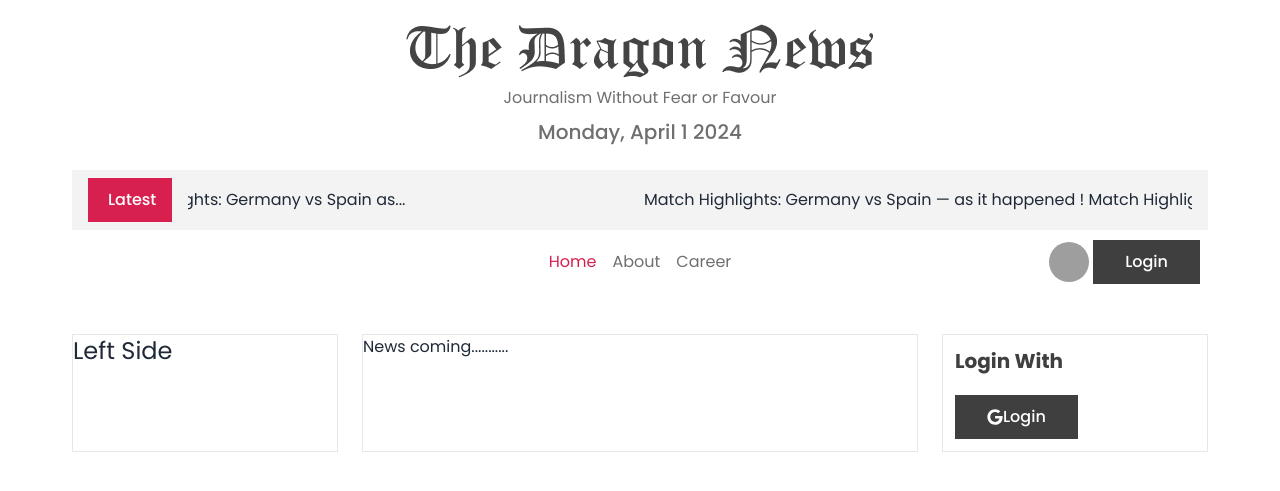
Repository: ShouravAhammed/react-dragon-news-auth
Page: /
These files come from the project's save history. The page is drawn as it stood at one moment and after the next save; the edit follows.
The browser window is 1280 px wide. The pictures show the whole page.
Pictures or frames that could not be fetched are drawn as grey boxes. The project was rebuilt for these pictures with package versions that can differ from the ones it lists, and the page was loaded fresh each time. Also part of the build but not shown: vite.config.js, src/pages/About/About.jsx, src/pages/Career/Career.jsx.

Above is the page before, as saved 2024-04-13 04:29:13.

### src/main.jsx
import React from 'react'
import ReactDOM from 'react-dom/client'
import './index.css'
import { RouterProvider } from 'react-router-dom'
import router from './Routes/Routes.jsx'

ReactDOM.createRoot(document.getElementById('root')).render(
  <React.StrictMode>
    <RouterProvider router={router}/>
  </React.StrictMode>,
)

### src/Routes/Routes.jsx
import Root from "../layout/Root";

import {
    createBrowserRouter,
  } from "react-router-dom";
import Home from "../pages/Home/Home";
import About from "../pages/About/About";
import Career from "../pages/Career/Career";

const router = createBrowserRouter([
    {
        path: '/',
        element: <Root></Root>,
        children: [
            {

                path: '/',
                element: <Home></Home>,
            },
            {

                path: '/about',
                element: <About></About>,
            },
            {

                path: '/career',
                element: <Career></Career>,
            },

        ]
    }
])

export default router;

### src/layout/Root.jsx
import { Outlet } from "react-router-dom";


const Root = () => {
    return (
        <div className="max-w-6xl mx-auto font-poppins px-2">
            <Outlet></Outlet>
        </div>
    );
};

export default Root;

### src/pages/Home/Home.jsx
import BreakingNews from "../BreakingNews/BreakingNews";
import Header from "../Shared/Header/Header";
import LeftSideNav from "../Shared/LeftSideNav/LeftSideNav";
import Navbar from "../Shared/Navbar/Navbar";
import RightSideNav from "../Shared/RIghtSideNav/RightSideNav";


const Home = () => {
    return (
        <div>
            <Header></Header>
            <BreakingNews></BreakingNews>
            <Navbar></Navbar>
            <div className="grid grid-cols-1 md:grid-cols-4 gap-6 my-10">
                <div className="col-span-1 border">
                    <LeftSideNav></LeftSideNav>
                </div>
                <div className="col-span-2 border">News coming...........</div>
                <div className="col-span-1 border">
                    <RightSideNav></RightSideNav>
                </div>
            </div>
        </div>
    );
};

export default Home;

### src/pages/BreakingNews/BreakingNews.jsx
import Marquee from "react-fast-marquee";
import { Link } from "react-router-dom";

const BreakingNews = () => {
  return (
    <div className="flex items-center gap-4 px-4 py-2 bg-[#F3F3F3]">
      <Link
        to={"/"}
        className="px-5 py-2.5 relative group overflow-hidden font-medium bg-[#D72050] text-white inline-block"
      >
        <span className="absolute top-0 left-0 flex w-full h-0 mb-0 transition-all duration-200 ease-out transform translate-y-0 bg-gray-50 group-hover:h-full"></span>
        <span className="relative group-hover:text-[#D72050]">Latest</span>
      </Link>
      <Marquee pauseOnHover={true} speed={100}>
        <p>
          Match Highlights: Germany vs Spain — as it happened ! Match
          Highlights: Germany vs Spain as...
        </p>
      </Marquee>
    </div>
  );
};

export default BreakingNews;

### src/pages/Shared/Header/Header.jsx

import moment from 'moment';
import logo from '../../../assets/logo.png'
const Header = () => {
    return (
        <div className=' space-y-2 text-center my-6'>
            <img className='mx-auto' src={logo} alt="" />
            <h3 className='text-[#18px] font-normal text-[#706F6F]'>Journalism Without Fear or Favour</h3>
            <p className='text-xl text-[#706F6F] font-medium'>{moment().format("dddd, MMMM D YYYY")}</p>
        </div>
    );
};

export default Header;

### src/pages/Shared/LeftSideNav/LeftSideNav.jsx

const LeftSideNav = () => {
    return (
        <div>
            <h3 className='text-2xl'>Left Side</h3>
        </div>
    );
};

export default LeftSideNav;

### src/pages/Shared/Navbar/Navbar.jsx
import { Link, NavLink } from "react-router-dom";
import DefaultUser from '../../../assets/user.png'

const Navbar = () => {

    const navLinks =
    <>
        <li><NavLink to={'/'} className={({isActive}) => isActive ? 'text-[#D72050]' : 'text-[#706F6F]'}>Home</NavLink></li>
        <li><NavLink to={'/about'} className={({isActive}) => isActive ? 'text-[#D72050]' : 'text-[#706F6F]'}>About</NavLink></li>
        <li><NavLink to={'/career'} className={({isActive}) => isActive ? 'text-[#D72050]' : 'text-[#706F6F]'}>Career</NavLink></li>
    </>

    return (
        <div>
            <div className="navbar">
  <div className="navbar-start">
    <div className="dropdown">
      <div tabIndex={0} role="button" className="btn btn-ghost lg:hidden">
        <svg xmlns="http://www.w3.org/2000/svg" className="h-5 w-5" fill="none" viewBox="0 0 24 24" stroke="currentColor"><path strokeLinecap="round" strokeLinejoin="round" strokeWidth="2" d="M4 6h16M4 12h8m-8 6h16" /></svg>
      </div>
      <ul tabIndex={0} className=" menu-sm dropdown-content mt-3 z-[1] p-2 shadow bg-base-100 rounded-box w-52 text-[#706F6F] font-normal text-[18px]">
        {navLinks}
      </ul>
    </div>
  </div>
  <div className="navbar-center hidden lg:flex">
    <ul className="flex justify-center items-center gap-4 menu-horizontal px-1">
      {navLinks}
    </ul>
  </div>
  <div className="navbar-end">
  <div tabIndex={0} role="button" className="btn btn-ghost btn-circle avatar">
        <div className="w-10 rounded-full">
          <img alt="Tailwind CSS Navbar component" src={DefaultUser} />
        </div>
      </div>

  <Link
        className="px-8 py-2.5 relative group overflow-hidden font-medium bg-[#403F3F] text-white inline-block"
      >
        <span className="absolute top-0 left-0 flex w-full h-0 mb-0 transition-all duration-200 ease-out transform translate-y-0 bg-gray-50 group-hover:h-full"></span>
        <span className="relative group-hover:text-[#403F3F]">Login</span>
      </Link>
  </div>
</div>
        </div>
    );
};

export default Navbar;

### src/pages/Shared/RIghtSideNav/RightSideNav.jsx
import BtnLogin from "../../../Components/btnLogin/BtnLogin";


const RightSideNav = () => {
    return (
        <div>
            <BtnLogin></BtnLogin>
        </div>
    );
};

export default RightSideNav;

### src/Components/btnLogin/BtnLogin.jsx
import { FaGoogle } from "react-icons/fa";


const BtnLogin = () => {
    return (
        <div className="p-3">
            <h3 className="text-xl font-bold text-[#403F3F]">Login With</h3>
            <div className="mt-5">
            <button
        className="px-8 py-2.5 relative group overflow-hidden font-medium bg-[#403F3F] text-white inline-block"
      >
        <span className="absolute top-0 left-0 flex w-full h-0 mb-0 transition-all duration-200 ease-out transform translate-y-0 bg-gray-50 group-hover:h-full"></span>
        <div className="flex justify-center items-center">
        <span><FaGoogle/></span>
        <span className="relative group-hover:text-[#403F3F]">Login</span>
        </div>
      </button>
            </div>
        </div>
    );
};

export default BtnLogin;

### tailwind.config.js
/** @type {import('tailwindcss').Config} */
export default {
  content: [
    "./index.html",
    "./src/**/*.{js,ts,jsx,tsx}",
  ],
  theme: {
    extend: {
      fontFamily: {
        poppins: '"Poppins", sans-serif;', // Adds a new `font-display` class
      }
    }
  },
  plugins: [require("daisyui")],
}

Loaded but not shown: index.html (common file); src/index.css (common file)

After the next save:
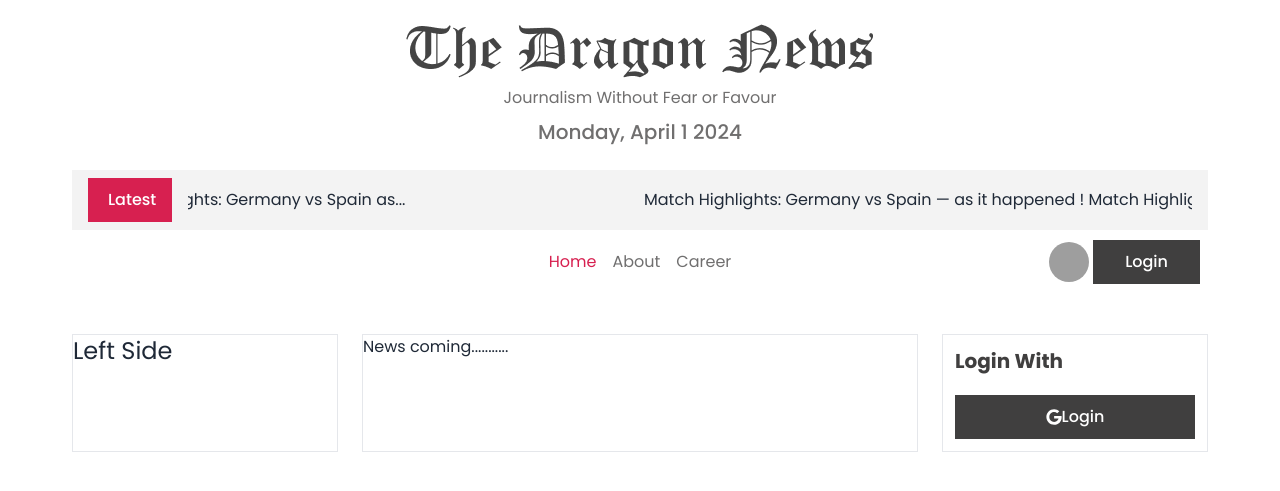
Saved 15 s later.
--- a/src/Components/btnLogin/BtnLogin.jsx
+++ b/src/Components/btnLogin/BtnLogin.jsx
@@ -7,7 +7,7 @@ const BtnLogin = () => {
             <h3 className="text-xl font-bold text-[#403F3F]">Login With</h3>
             <div className="mt-5">
             <button
-        className="px-8 py-2.5 relative group overflow-hidden font-medium bg-[#403F3F] text-white inline-block"
+        className="w-full px-8 py-2.5 relative group overflow-hidden font-medium bg-[#403F3F] text-white inline-block"
       >
         <span className="absolute top-0 left-0 flex w-full h-0 mb-0 transition-all duration-200 ease-out transform translate-y-0 bg-gray-50 group-hover:h-full"></span>
         <div className="flex justify-center items-center">
